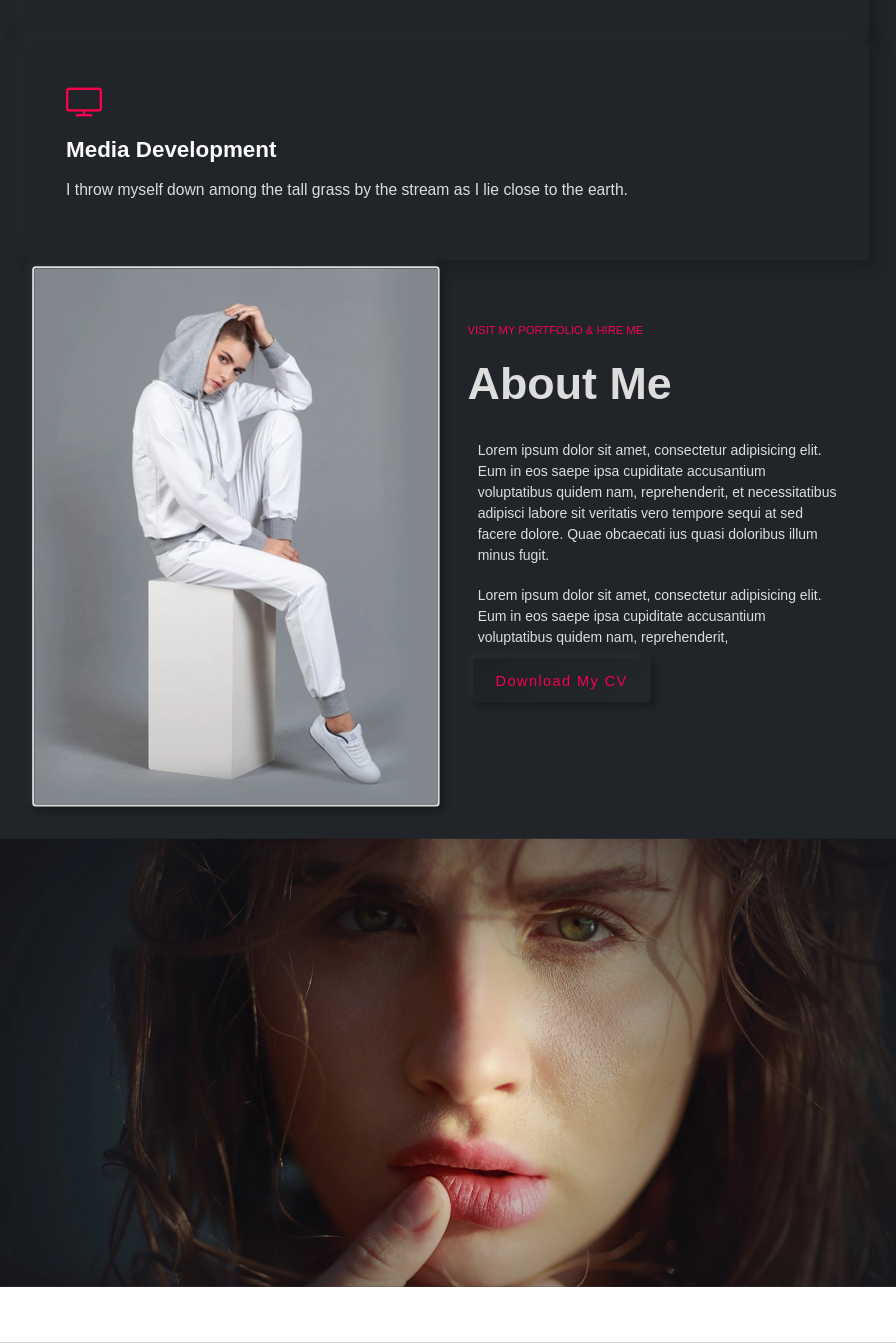
Repository: arminprogramme/inbio
Page: /
An editor plug-in stored every save of this project. The page is shown before and after the next save, followed by the edit.
The browser window is 1280 px wide. The pictures show the part of the page from y = 1536 to 3456 px (the page is 3454 px tall before and 3456 px after), at 70% of full size.
Backgrounds fixed to the window are drawn as part of the page. Some web libraries are served in a nearby version. The project was rebuilt for these pictures with package versions that can differ from the ones it lists, and the page was loaded fresh each time. Also part of the build but not shown: vite.config.js.

Above is the page before, as saved 2023-10-20 04:38:36.

After the next save:
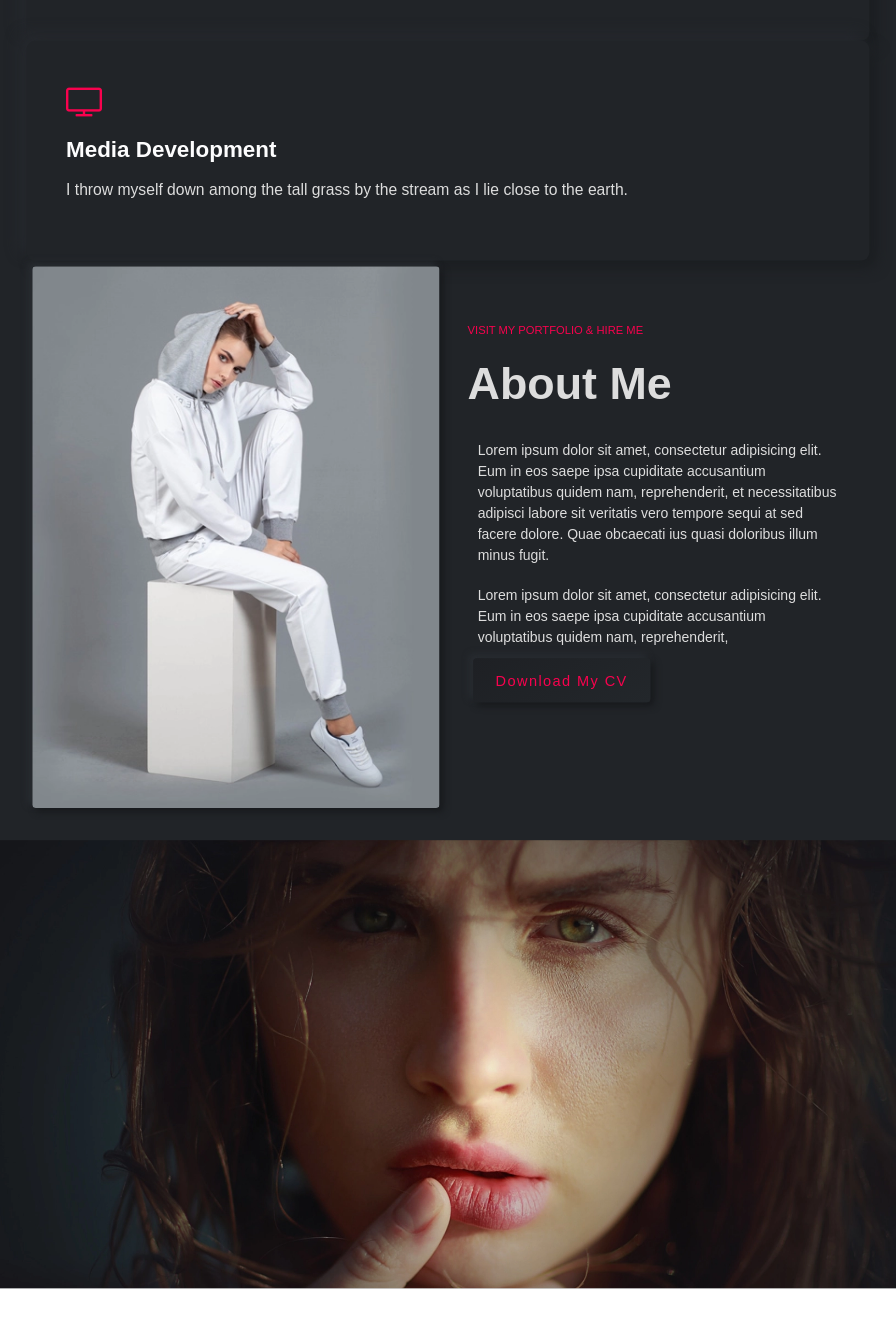
Saved 39 s later.
--- a/src/Component/Body/About/About.css
+++ b/src/Component/Body/About/About.css
@@ -14,7 +14,6 @@
     -o-border-radius: 5px;
     width: 100%;
     height: auto;
-    border: 3px solid #ddd;
     border-radius: 5px;
     overflow: hidden;
 }
